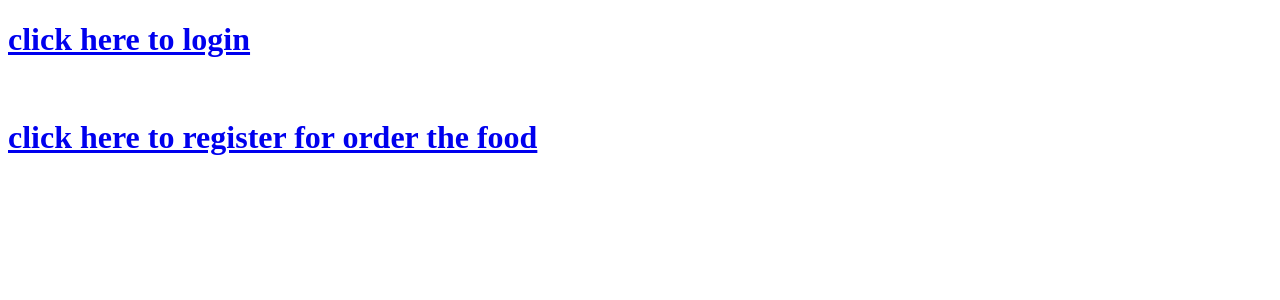
Repository: Sushmitha-K22-Github/Spring_AdminHospital_app
Page: http://localhost/DEMO/
These files come from the project's save history. The page is drawn as it stood at one moment and after the next save; the edit follows.
The browser window is 1280 px wide. The pictures show the whole page.
The page is served by Tomcat 9.

Above is the page before, as saved 2023-06-03 11:08:57.

After the next save:
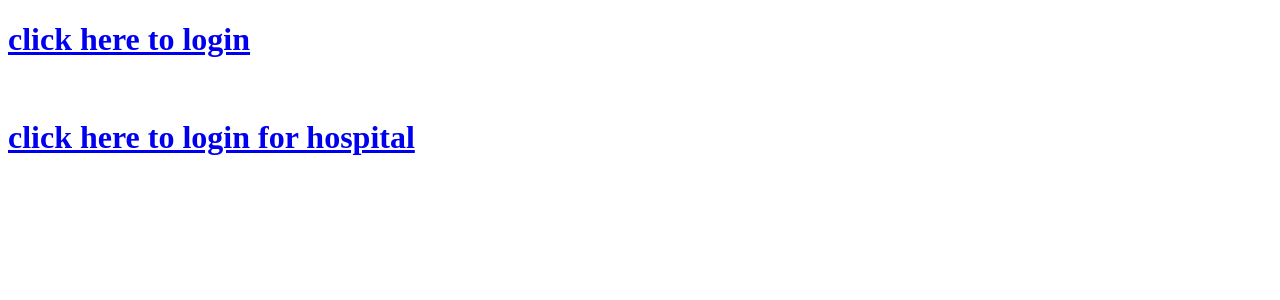
Saved 65 s later.
--- a/DEMO/src/main/webapp/index.jsp
+++ b/DEMO/src/main/webapp/index.jsp
@@ -8,6 +8,6 @@
 </head>
 <body>
 <h1><a href="login.jsp">click here to login</a></h1><br>
-<h1><a href="foodregister.jsp">click here to register for order the food</a></h1>
+<h1><a href="loginhospital.jsp">click here to login for hospital</a></h1>
 </body>
 </html>
